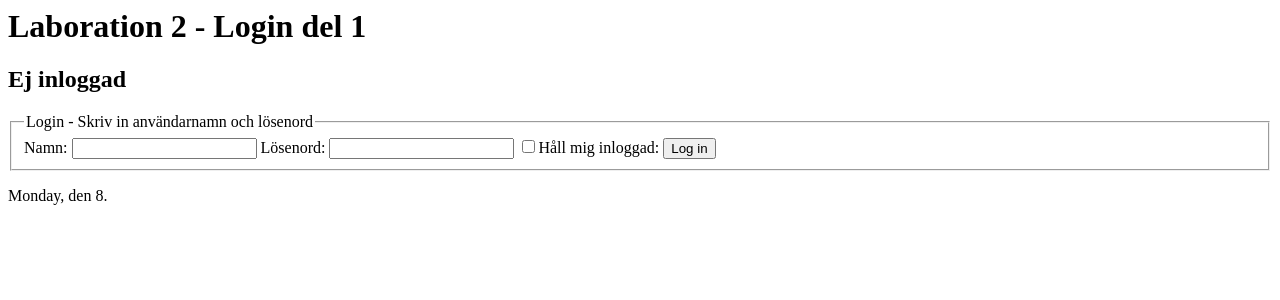
Repository: ed222an/1DV408-Laborationer
Page: http://localhost/
These files come from the project's save history. The page is drawn as it stood at one moment and after the next save; the edit follows.
The browser window is 1280 px wide. The pictures show the whole page.
The page is run by PHP 8.4 with error messages shown; the project is at /var/www/html/.

Above is the page before, as saved 2014-09-08 12:38:10.

After the next save:
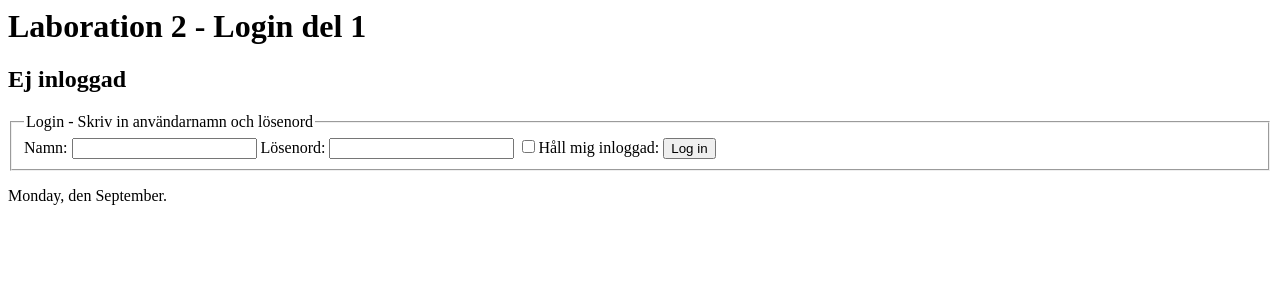
Saved 7 s later.
--- a/Labb2/Loginsystem/index.php
+++ b/Labb2/Loginsystem/index.php
@@ -16,7 +16,7 @@
 						<button type='submit' form='loginForm' value='Submit'>Log in</button>
 					</fieldset>
 				</form>
-				" . strftime('%A, den %e') . ".
+				" . strftime('%A, den %B') . ".
 			</body>
 		</html>";
 	//date('l jS \of F Y h:i:s')
